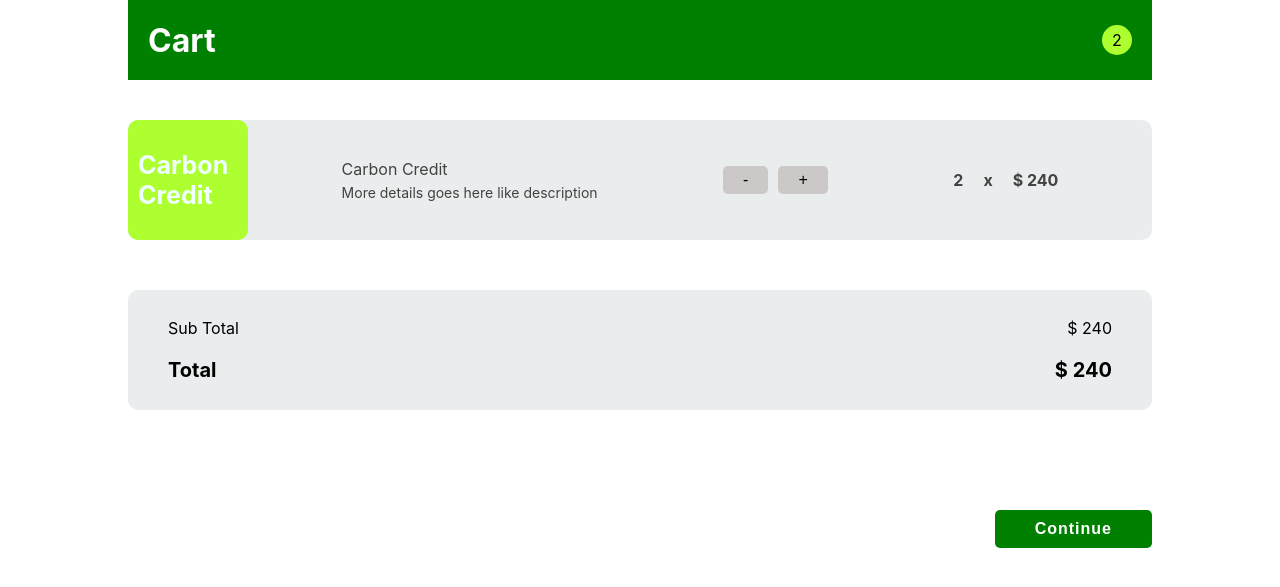
Repository: Yowani24/CarbonApp
Page: /cart
These files come from the project's save history. The page is drawn as it stood at one moment and after the next save; the edit follows.
The browser window is 1280 px wide. The pictures show the whole page.
The project was rebuilt for these pictures with package versions that can differ from the ones it lists, and the page was loaded fresh each time. The framework's server and built-in components were replaced by stand-ins that run in the browser. Also part of the build but not shown: next.config.js.

Above is the page before, as saved 2021-09-26 21:17:28.

After the next save:
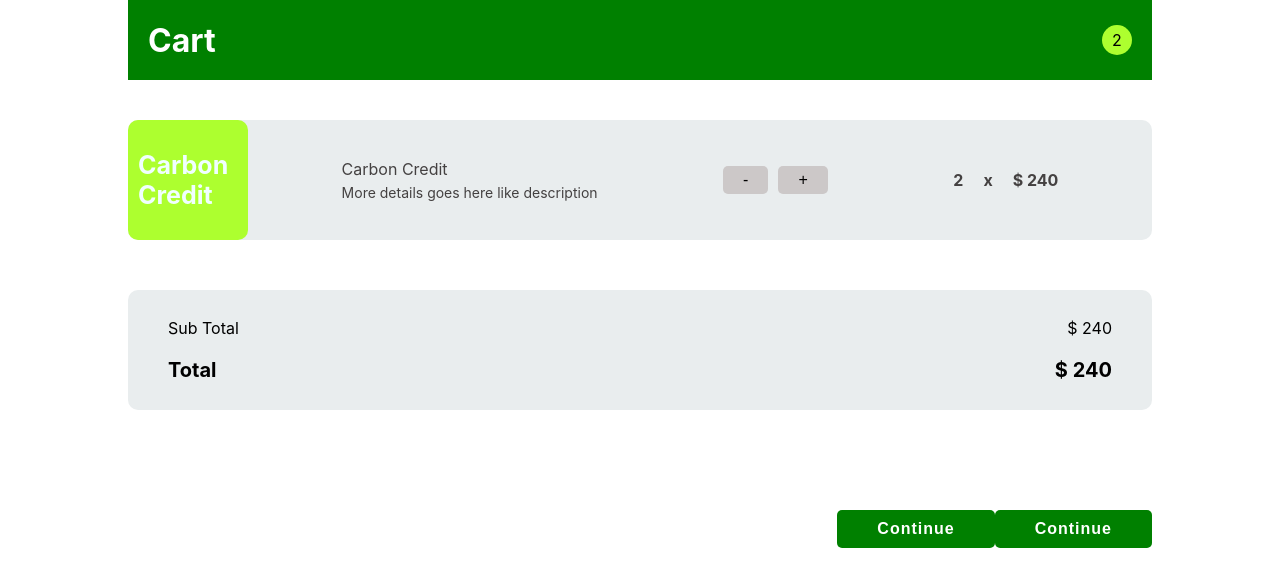
Saved 40 s later.
--- a/pages/cart/index.js
+++ b/pages/cart/index.js
@@ -59,6 +59,7 @@ export default function Cart(props) {
 
                   <div className={styles.button_box}>
                       <button>Continue</button>
+                      <button>Continue</button>
                   </div>
               </div>
           </section>
